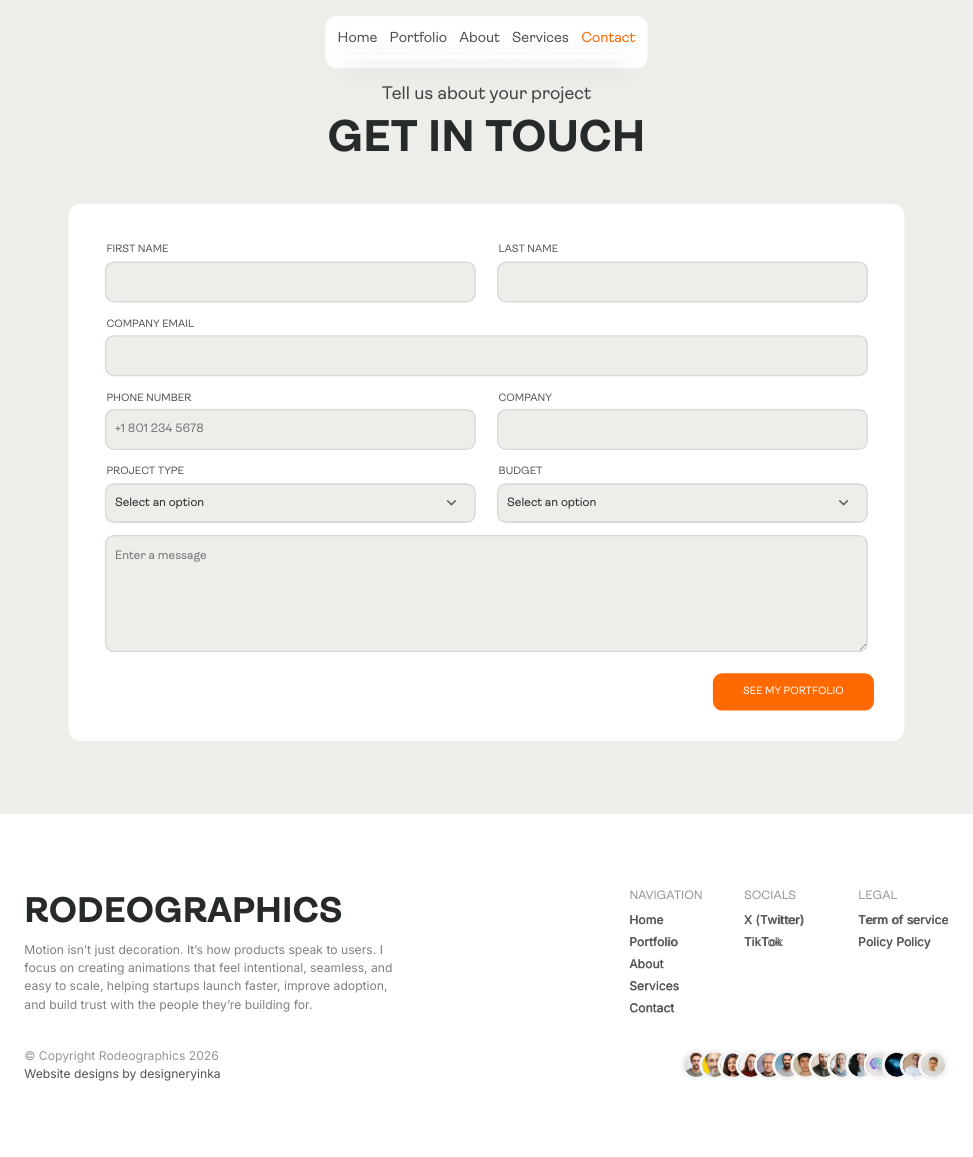
Repository: Ajeyinka/RodeoGraphics
Page: contact.html
These files come from the project's save history. The page is drawn as it stood at one moment and after the next save; the edit follows.
The browser window is 1280 px wide. The pictures show the whole page, at 76% of full size.

Above is the page before, as saved 2026-02-21 20:55:59.
Console error: ReferenceError: gsap is not defined

After the next save:
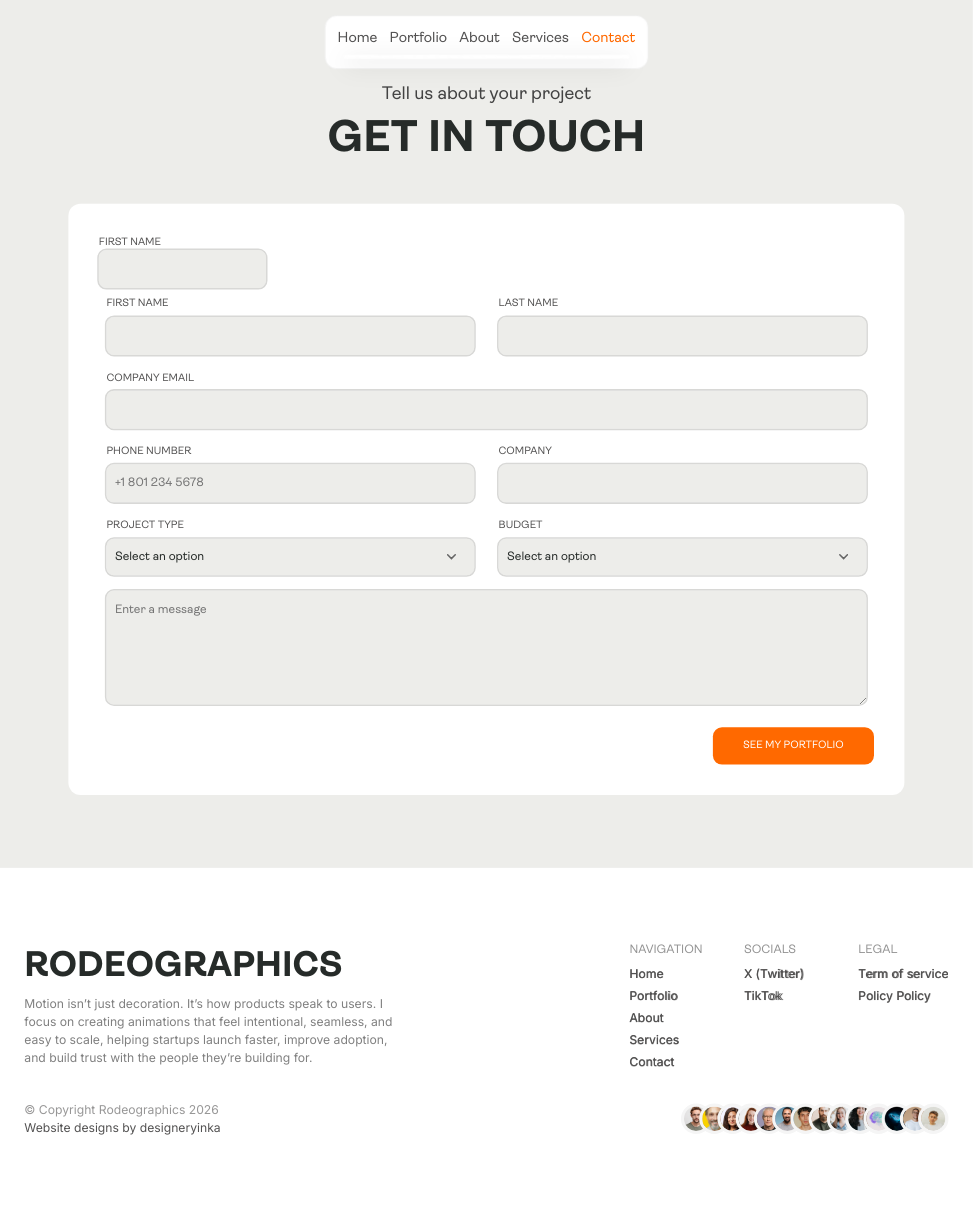
Saved 2 min 51 s later.
--- a/contact.html
+++ b/contact.html
@@ -82,6 +82,16 @@
             </div>
             <div class="form-block">
               <form action="https://formspree.io/f/xzdapnao" method="POST">
+                <div class="form-group">
+                  <label for="fname">First Name</label>
+                  <input
+                    type="text"
+                    name="firstName"
+                    class="input"
+                    id="firstName"
+                    required
+                  />
+                </div>
                 <fieldset>
                   <label for="firstName">
                     First Name
